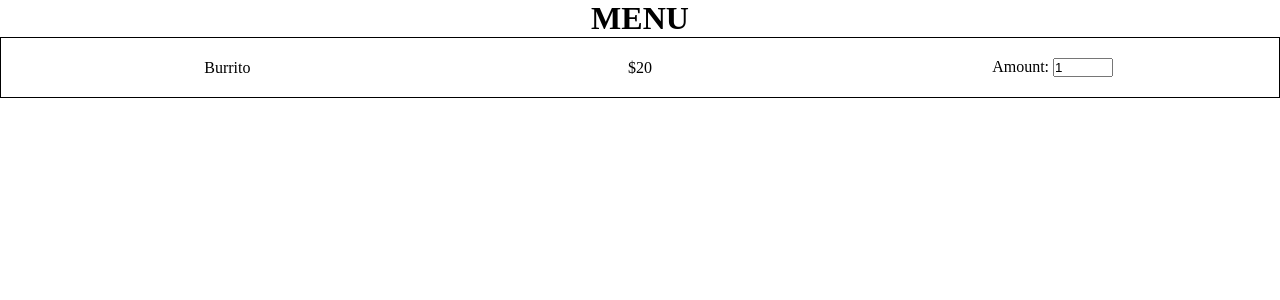
Repository: LamQuocPhu/JungTalent
Page: http://localhost/
These files come from the project's save history. The page is drawn as it stood at one moment and after the next save; the edit follows.
The browser window is 1280 px wide. The pictures show the whole page.
The page is served by the project's Node server (index.js).

Above is the page before, as saved 2023-10-25 22:58:12.

After the next save:
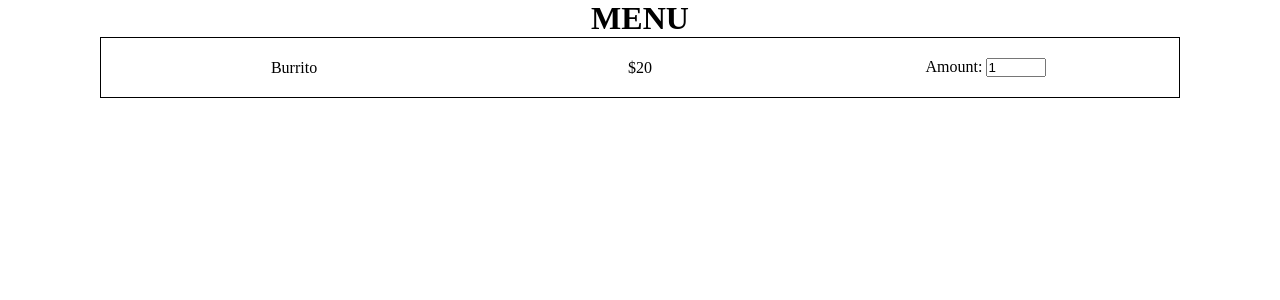
Saved 4 s later.
--- a/public/css/style.css
+++ b/public/css/style.css
@@ -8,7 +8,7 @@
     width: 100%;
     height: auto;
     text-align: center;
-    padding-in;
+    padding-inline: 100px;
 }
 
 .cart-item{
